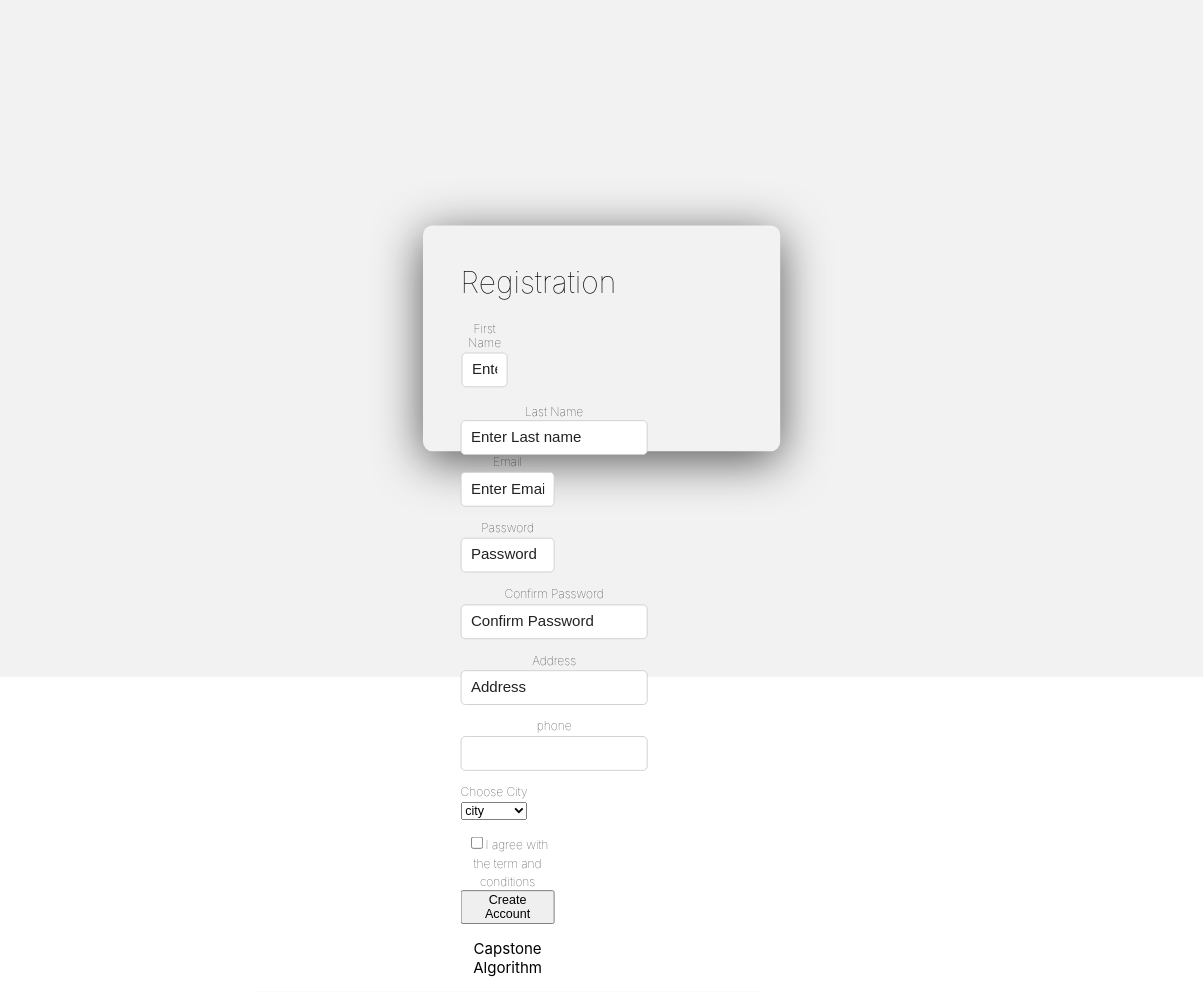
Repository: Fortune-Labs/Event-management-system-CapstoneG3
Page: / (app in frontend/)
An editor plug-in stored every save of this project. The page is shown before and after the next save, followed by the edit.
The browser window is 1280 px wide. The pictures show the whole page, at 94% of full size.
The project was rebuilt for these pictures with package versions that can differ from the ones it lists, and the page was loaded fresh each time.

Above is the page before, as saved 2020-09-02 23:47:11.

### frontend/src/App.js
import React from "react";
import "./App.css";
import Register from "./components/LoginSignup/register";

function App() {
  return (
    <div className="App">
      <Register />
    </div>
  );
}

export default App;

### frontend/src/components/LoginSignup/register.jsx
import React from "react";
import "./style.css";

export default class Register extends React.Component {
  constructor(props) {
    super(props);
  }

  render() {
    return (
      <div className="wrapper">
        <div className="form-wrapper">
          <h1>Registration</h1>
          <form onSubmit={this.handleSubmit} noValidate>
            <div className="firstName">
              <label htmlFor="firstName">First Name</label>
              <input
                type="text"
                name="firstName"
                placeholder="Enter First Name"
                noValidate
                onChange={this.handleChange}
              />
            </div>
            <div className="lastName">
              <label htmlFor="lastName">Last Name</label>
              <input
                type="text"
                name="lastName"
                placeholder="Enter Last name"
                noValidate
                onChange={this.handleChange}
              />
            </div>
            <div className="email">
              <label htmlFor="email">Email</label>
              <input
                type="text"
                name="email"
                placeholder="Enter Email"
                noValidate
                onChange={this.handleChange}
              />
            </div>
            <div className="password">
              <label htmlFor="password">Password</label>
              <input
                type="password"
                name="password"
                placeholder="Password"
                noValidate
                onChange={this.handleChange}
              />
            </div>
            <div className="cpassword">
              <label htmlFor="cpassword">Confirm Password</label>
              <input
                type="password"
                name="cpassword"
                placeholder="Confirm Password"
                noValidate
                onChange={this.handleChange}
              />
            </div>
            <div className="address">
              <label htmlFor="address">Address</label>
              <input
                type="text"
                name="address"
                placeholder="Address"
                noValidate
                onChange={this.handleChange}
              />
            </div>
            <div className="phone">
              <label htmlFor="phone">phone</label>
              <input
                type="phone"
                name="phone"
                placeholder=""
                noValidate
                onChange={this.handleChange}
              />
            </div>
            <div className="city">
              <label htmlFor="city">Choose City</label>
              <select
                id="city"
                name="city"
                noValidate
                onChange={this.handleChange}
              >
                <option value="" disabled selected hidden>
                  city
                </option>
                <option value="acc">Accra</option>
                <option value="tma">Tamale</option>
                <option value="ksi">Kumasi</option>
              </select>
            </div>
            <div>
              <label>
                <input name="agreement" type="checkbox" />I agree with the term
                and conditions
              </label>
            </div>

            <div className="button">
              <button onClick={this.register} type="submit" className="btn">
                Create Account
              </button>
            </div>
            <div>
              <p>Capstone Algorithm</p>
            </div>
          </form>
        </div>
      </div>
    );
  }
}

### frontend/src/components/LoginSignup/style.css
.wrapper {
  height: 100vh;
  width: 100%;
  display: flex;
  flex-direction: column;
  justify-content: center;
  align-items: center;
  background-color: hsl(0, 0%, 95%);
}

.form-wrapper {
  width: 300px;
  height: 200px;
  display: flex;
  flex-direction: column;
  padding: 20px 40px;
  border-radius: 10px;
  box-shadow: 0px 10px 50px #555;
}

form {
  width: 100px;
  display: flex;
  flex-wrap: wrap;
}
h1 {
  text-align: center;
  width: 100px;
  font-weight: lighter;
  font-family: -apple-system, BlinkMacSystemFont, "Segoe UI", Roboto, Oxygen,
    Ubuntu, Cantarell, "Open Sans", "Helvetica Neue", sans-serif;
}

label {
  font-size: 0.8em;
  margin-bottom: 0.25em;
  color: #222;
  font-weight: lighter;
}

input {
  padding: 10px 10px;
  border-radius: 5px;
  outline: none;
  border: 1px solid #cfcfcf;
}

input::placeholder {
  font-size: 1.2em;
  font-weight: lighter;
  color: #222;
}

input.error {
  border: 1px solid red;
}

.errorMessage {
  color: red;
  font-size: 0.57em;
  display: relative;
}

.firstName {
  margin-right: 1%;
}
.firstName {
  margin-left: 1%;
}

.firstName,
.lastname,
.email,
.password,
.cpassword,
.phone,
.address,
.city {
  display: flex;
  flex-direction: column;
  margin-bottom: 15px;
}

.firstName,
.lastname {
  width: 49%;
}

.email,
.password {
  width: 100%;
}

Loaded but not shown: frontend/public/index.html (common file); frontend/src/index.js (common file); frontend/src/index.css (common file); frontend/src/serviceWorker.js (common file); frontend/src/App.css (common file)

After the next save:
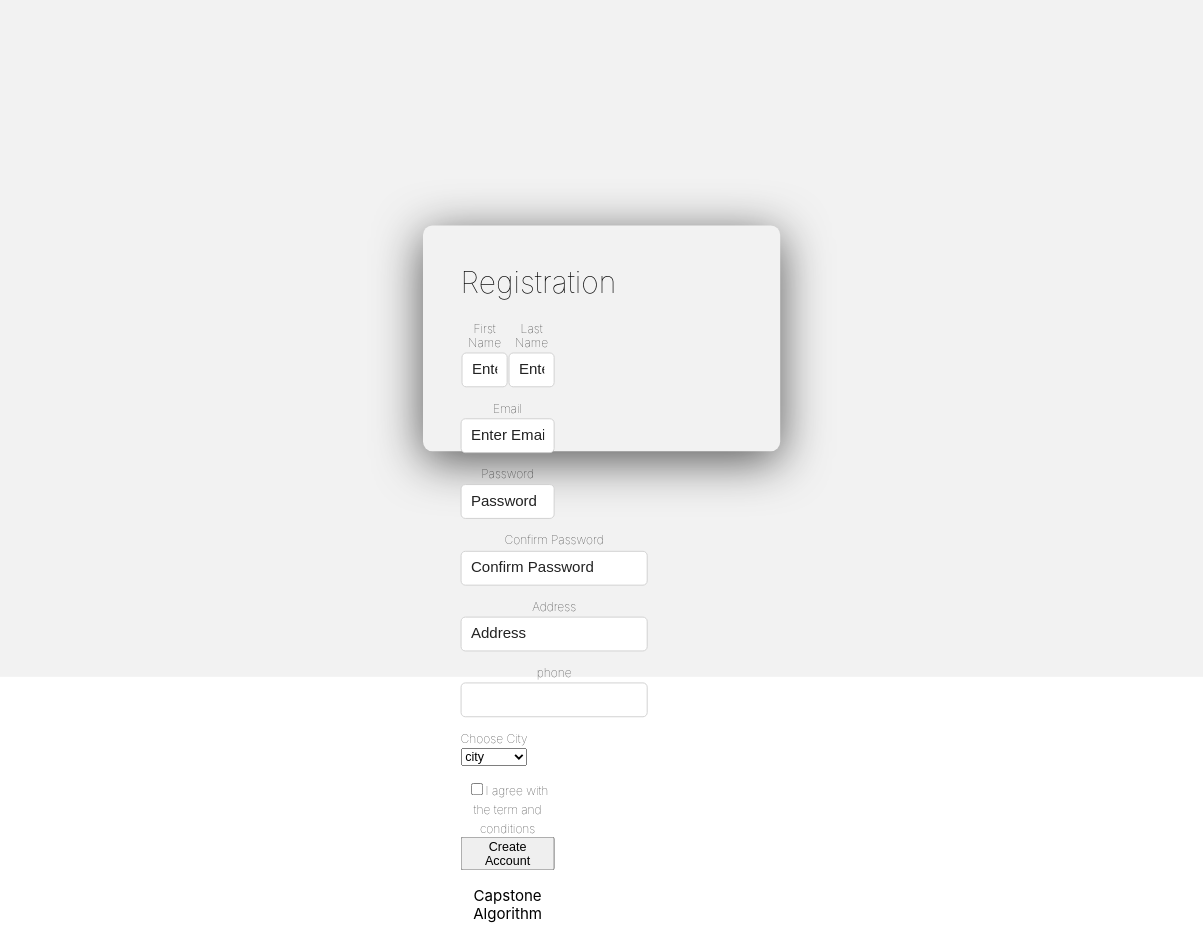
Saved 66 s later.
--- a/frontend/src/components/LoginSignup/style.css
+++ b/frontend/src/components/LoginSignup/style.css
@@ -69,7 +69,7 @@ input.error {
 }
 
 .firstName,
-.lastname,
+.lastName,
 .email,
 .password,
 .cpassword,
@@ -82,7 +82,7 @@ input.error {
 }
 
 .firstName,
-.lastname {
+.lastName {
   width: 49%;
 }
 
